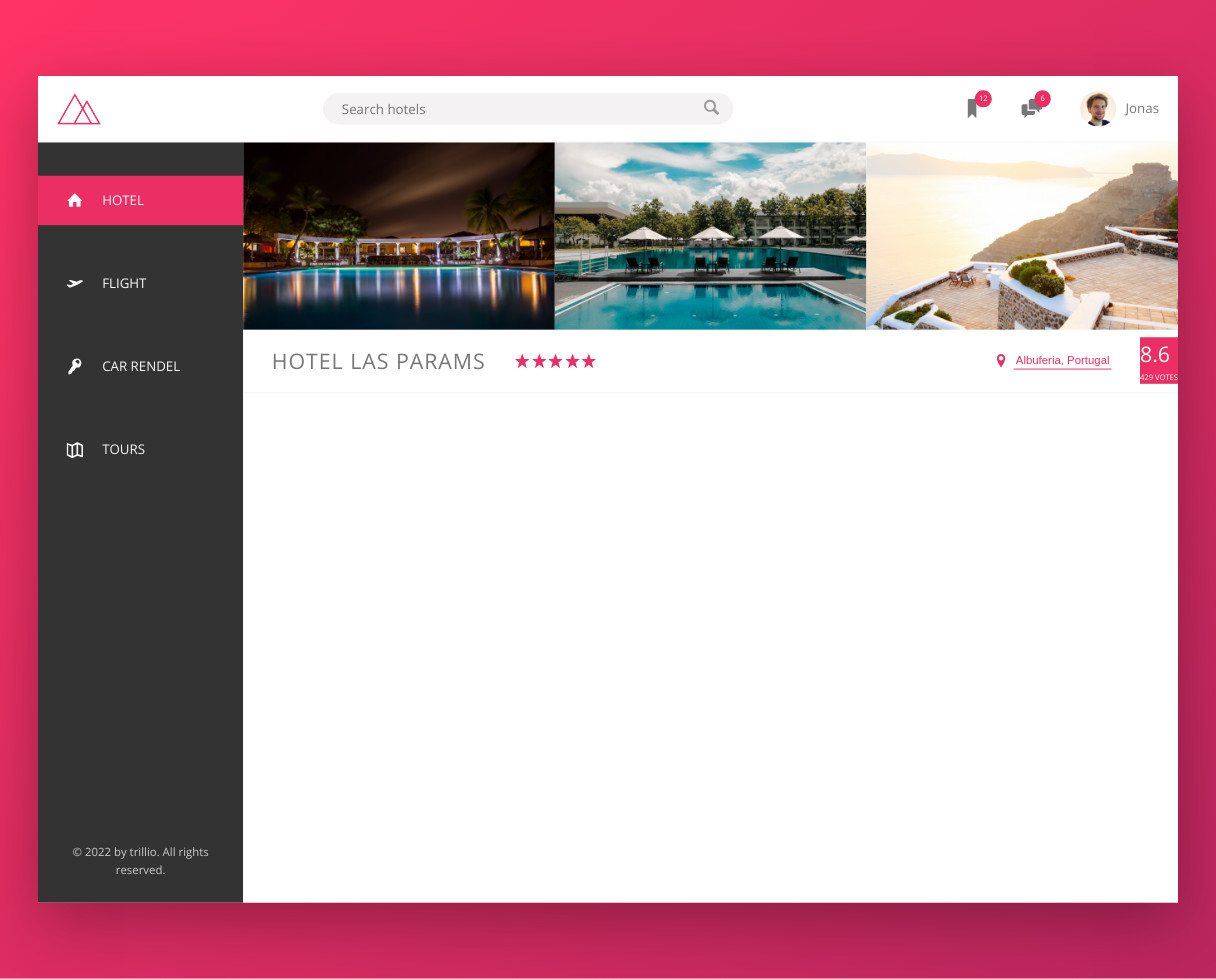
Repository: mohamediyas/flex_website
Page: index.html
The author's editor kept a copy of each file at every save. The page is drawn from the files as they stood at one save, then again after the next save.
The browser window is 1280 px wide. The pictures show the whole page, at 95% of full size.
The style sheet was rebuilt from its Sass, Less or Tailwind sources for each picture, by a compiler version that may differ from the author's.

Above is the page before, as saved 2022-08-06 13:34:43.

After the next save:
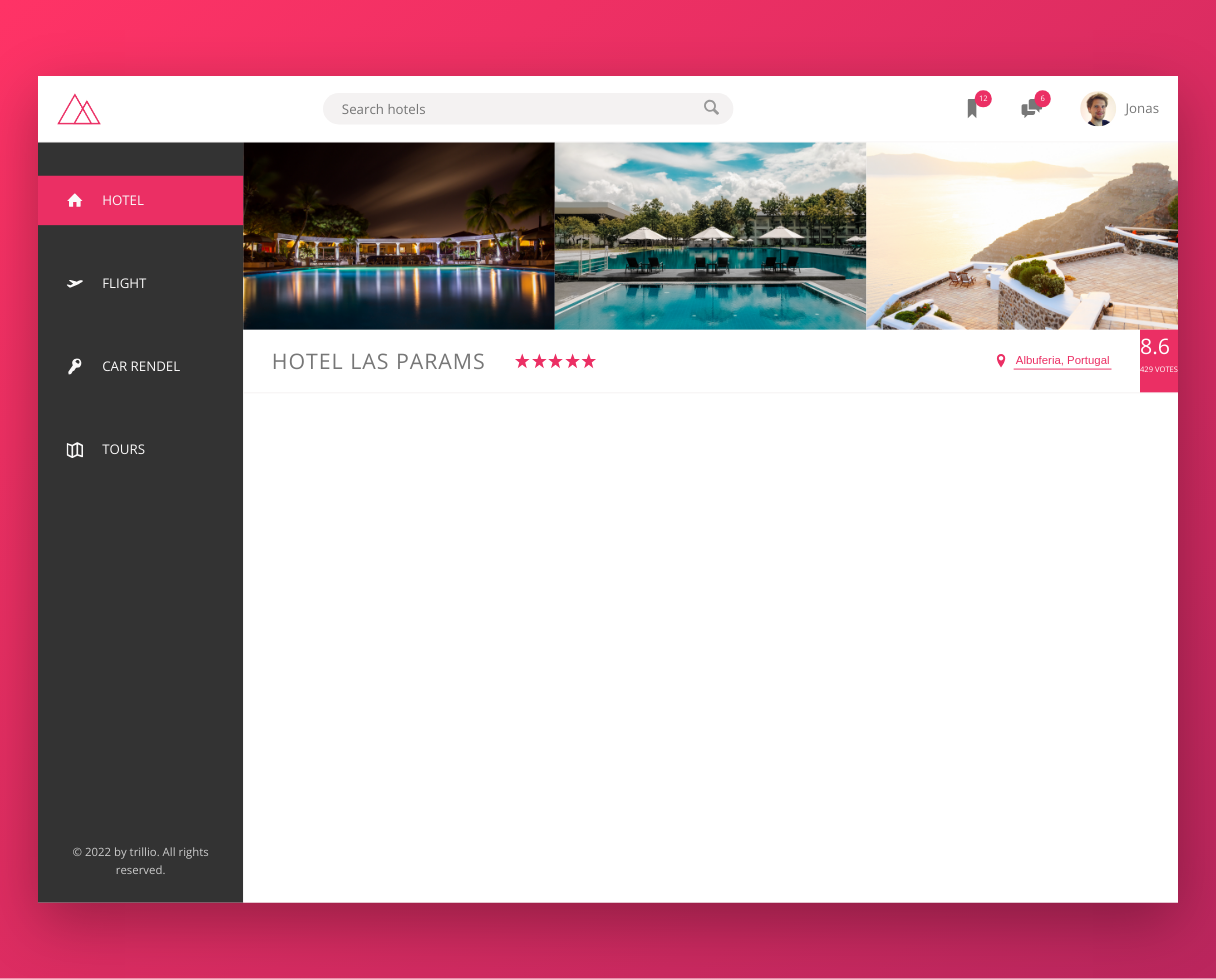
Saved 19 s later.
--- a/sass/_components.scss
+++ b/sass/_components.scss
@@ -227,6 +227,7 @@
     background-color: var(--color-primary);
     margin-left: 3rem;
     color: #fff;
+    align-self: stretch;
   }
   &__rating-average {
     font-size: 2.25rem;
